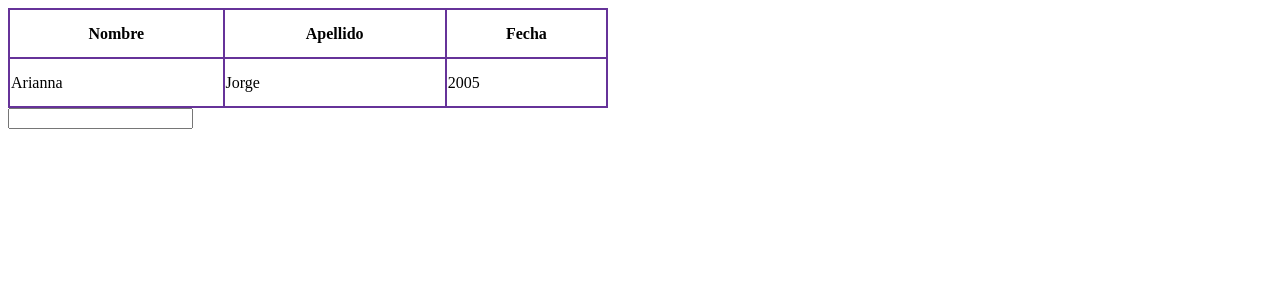
Repository: Arito05/Mi-primer-Repositorio
Page: dia2/intex3.html
An editor plug-in stored every save of this project. The page is shown before and after the next save, followed by the edit.
The browser window is 1280 px wide. The pictures show the whole page.

Above is the page before, as saved 2024-07-18 16:44:02.

### dia2/intex3.html
<!DOCTYPE html>
<html lang="en">
  <head>
    <meta charset="UTF-8" />
    <meta name="viewport" content="width=, initial-scale=1.0" />
    <title>Document</title>
    <style>
      table,
      th,
      td {
        border: 2px solid rebeccapurple;
        border-collapse: collapse;
      }
    </style>
  </head>
  <body>
    <table style="width: 600px; height: 100px">
      <tr>
        <th>Nombre</th>
        <th>Apellido</th>
        <th>Fecha</th>
      </tr>
      <tr>
        <td>Arianna</td>
        <td>Jorge</td>
        <td>2005</td>
      </tr>
    </table>
    <input type="">
  </body>
</html>

After the next save:
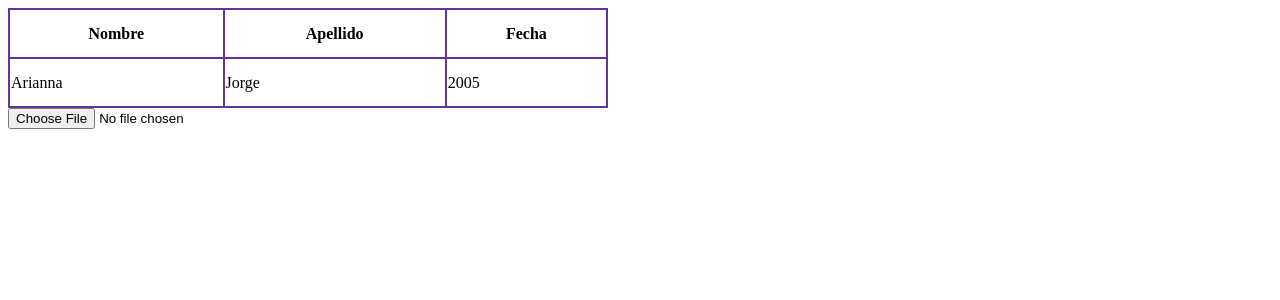
Saved 4 s later.
--- a/dia2/intex3.html
+++ b/dia2/intex3.html
@@ -26,6 +26,6 @@
         <td>2005</td>
       </tr>
     </table>
-    <input type="">
+    <input type="file">
   </body>
 </html>
